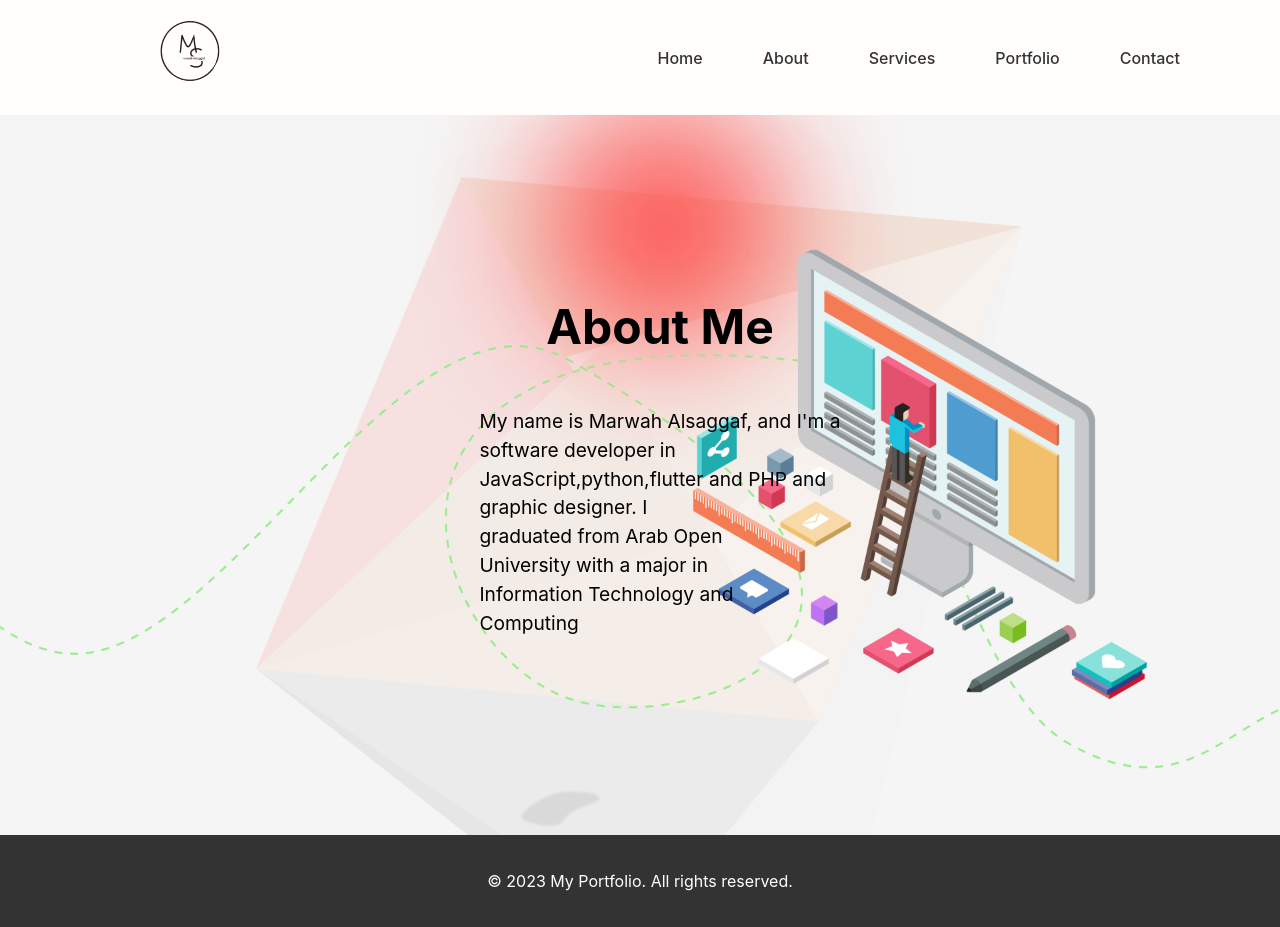
Repository: MEROO1010/Portfolio_00
Page: /about (app in portfolio_00/)
An editor plug-in stored every save of this project. The page is shown before and after the next save, followed by the edit.
The browser window is 1280 px wide. The pictures show the whole page.
The project was rebuilt for these pictures with package versions that can differ from the ones it lists, and the page was loaded fresh each time. Also part of the build but not shown: portfolio_00/src/components/Home.jsx, portfolio_00/src/components/Services.jsx, portfolio_00/src/components/Portfolio.jsx, portfolio_00/src/components/Contact.jsx.

Above is the page before, as saved 2024-11-18 13:03:00.

### portfolio_00/src/App.jsx
import React from 'react';
import { BrowserRouter, Route, Routes } from 'react-router-dom';
import Header from './components/Header';
import Home from './components/Home';
import About from './components/About';
import Services from './components/Services';
import Portfolio from './components/Portfolio';
import Contact from './components/Contact';
import Footer from './components/Footer';
// import GlobalStyle from './styles/global';

const App = () => {
  return (
    <BrowserRouter>
    <Header />
    <Routes>
      <Route path="/"  element={<Home />} />
      <Route path="/about"  element={<About />} />
      <Route path="/services" element={<Services  />} />

      <Route path="/portfolio" element={<Portfolio />} />
      <Route path="/contact" element={<Contact />} />
    </Routes>

    <Footer />
  </BrowserRouter>
  );
};

export default App;

### portfolio_00/src/features/counter/counterSlice.js
import { createAsyncThunk, createSlice } from '@reduxjs/toolkit';
import { fetchCount } from './counterAPI';

const initialState = {
  value: 0,
  status: 'idle',
};

// The function below is called a thunk and allows us to perform async logic. It
// can be dispatched like a regular action: `dispatch(incrementAsync(10))`. This
// will call the thunk with the `dispatch` function as the first argument. Async
// code can then be executed and other actions can be dispatched. Thunks are
// typically used to make async requests.
export const incrementAsync = createAsyncThunk(
  'counter/fetchCount',
  async (amount) => {
    const response = await fetchCount(amount);
    // The value we return becomes the `fulfilled` action payload
    return response.data;
  }
);

export const counterSlice = createSlice({
  name: 'counter',
  initialState,
  // The `reducers` field lets us define reducers and generate associated actions
  reducers: {
    increment: (state) => {
      // Redux Toolkit allows us to write "mutating" logic in reducers. It
      // doesn't actually mutate the state because it uses the Immer library,
      // which detects changes to a "draft state" and produces a brand new
      // immutable state based off those changes
      state.value += 1;
    },
    decrement: (state) => {
      state.value -= 1;
    },
    // Use the PayloadAction type to declare the contents of `action.payload`
    incrementByAmount: (state, action) => {
      state.value += action.payload;
    },
  },
  // The `extraReducers` field lets the slice handle actions defined elsewhere,
  // including actions generated by createAsyncThunk or in other slices.
  extraReducers: (builder) => {
    builder
      .addCase(incrementAsync.pending, (state) => {
        state.status = 'loading';
      })
      .addCase(incrementAsync.fulfilled, (state, action) => {
        state.status = 'idle';
        state.value += action.payload;
      });
  },
});

export const { increment, decrement, incrementByAmount } = counterSlice.actions;

// The function below is called a selector and allows us to select a value from
// the state. Selectors can also be defined inline where they're used instead of
// in the slice file. For example: `useSelector((state: RootState) => state.counter.value)`
export const selectCount = (state) => state.counter.value;

// We can also write thunks by hand, which may contain both sync and async logic.
// Here's an example of conditionally dispatching actions based on current state.
export const incrementIfOdd = (amount) => (dispatch, getState) => {
  const currentValue = selectCount(getState());
  if (currentValue % 2 === 1) {
    dispatch(incrementByAmount(amount));
  }
};

export default counterSlice.reducer;

### portfolio_00/src/components/Header.jsx
import React from 'react';
import styled from 'styled-components';
import { Link } from 'react-router-dom';
import ImageLogo from '../assets/white_logo.png';

const HeaderContainer = styled.header`
  background-color: #FFFEFD;
  padding: 10px 100px;
  display: flex;
  justify-content: space-between;
  align-items: center;
`;

const Logo = styled.h1`
  margin:4px;
  padding-left:40px;
`;

const NavLinks = styled .nav`
  display: flex;
  gap: 60px;
`;

const NavLink = styled(Link)`
  text-decoration: none;
  color: #333;
  font-weight: 500;

  &:hover {
    color: #3BB873;
  }
`;

const Header = () => {
  return (
    <HeaderContainer>
      <Logo><img src={ImageLogo} alt="Description of image" /></Logo>
      <NavLinks>
        <NavLink to="/">Home</NavLink>
        <NavLink to="/about">About</NavLink>
        <NavLink to="/services">Services</NavLink>
        <NavLink to="/portfolio">Portfolio</NavLink>
        <NavLink to="/contact">Contact</NavLink>
      </NavLinks>
    </HeaderContainer>
  );
};

export default Header;

### portfolio_00/src/components/About.jsx
import React from 'react';
import styled from 'styled-components';
import bg2 from "../assets/background2.png"

const Container = styled.div`
  display: flex;
  flex-direction: column;
  align-items: center;
  justify-content: center;
  height: 100vh;
  background-color: #f5f5f5;
  background-image: url(${bg2});
  background-position: center;
  background-size:cover;
`;

const Title = styled.h1`
  font-size: 3rem;
  font-weight: bold;
  margin-bottom: 2rem;
  padding-left:40px;
`;

const Description = styled.p`
  font-size: 1.2rem;
  line-height: 1.5;
  margin-bottom: 3rem;
  padding-left:40px;
`;

const ImageContainer = styled.div`
  img{
    display: flex;
  justify-content: center;
  align-items: center;
  width: 50%;
  margin: 0 auto;

  z-index: 1;
  }
`;







const About = () => {
  return (
    <Container>
      <Title>About Me</Title>
      <Description>
           My name is Marwah Alsaggaf, and I'm a <br/>software developer in<br/> JavaScript,python,flutter and PHP
           and<br/> graphic designer. I  <br/>
            graduated from Arab Open<br/>  University with a major in<br/>
             Information Technology and<br/> Computing
               </Description>
      <ImageContainer>


      </ImageContainer>
    </Container>
  );
};

export default About;

### portfolio_00/src/components/Footer.jsx
import React from 'react';
import styled from 'styled-components';

const FooterContainer = styled.footer`
  padding: 20px;
  background-color: #333;
  color: white;
  text-align: center;
`;

const Footer = () => {
  return (
    <FooterContainer>
      <p>&copy; 2023 My Portfolio. All rights reserved.</p>
    </FooterContainer>
  );
};

export default Footer;

Loaded but not shown: portfolio_00/public/index.html (common file); portfolio_00/src/index.js (common file); portfolio_00/src/app/store.js (common file); portfolio_00/src/reportWebVitals.js (common file); portfolio_00/src/index.css (common file); portfolio_00/src/features/counter/counterAPI.js (common file)

After the next save:
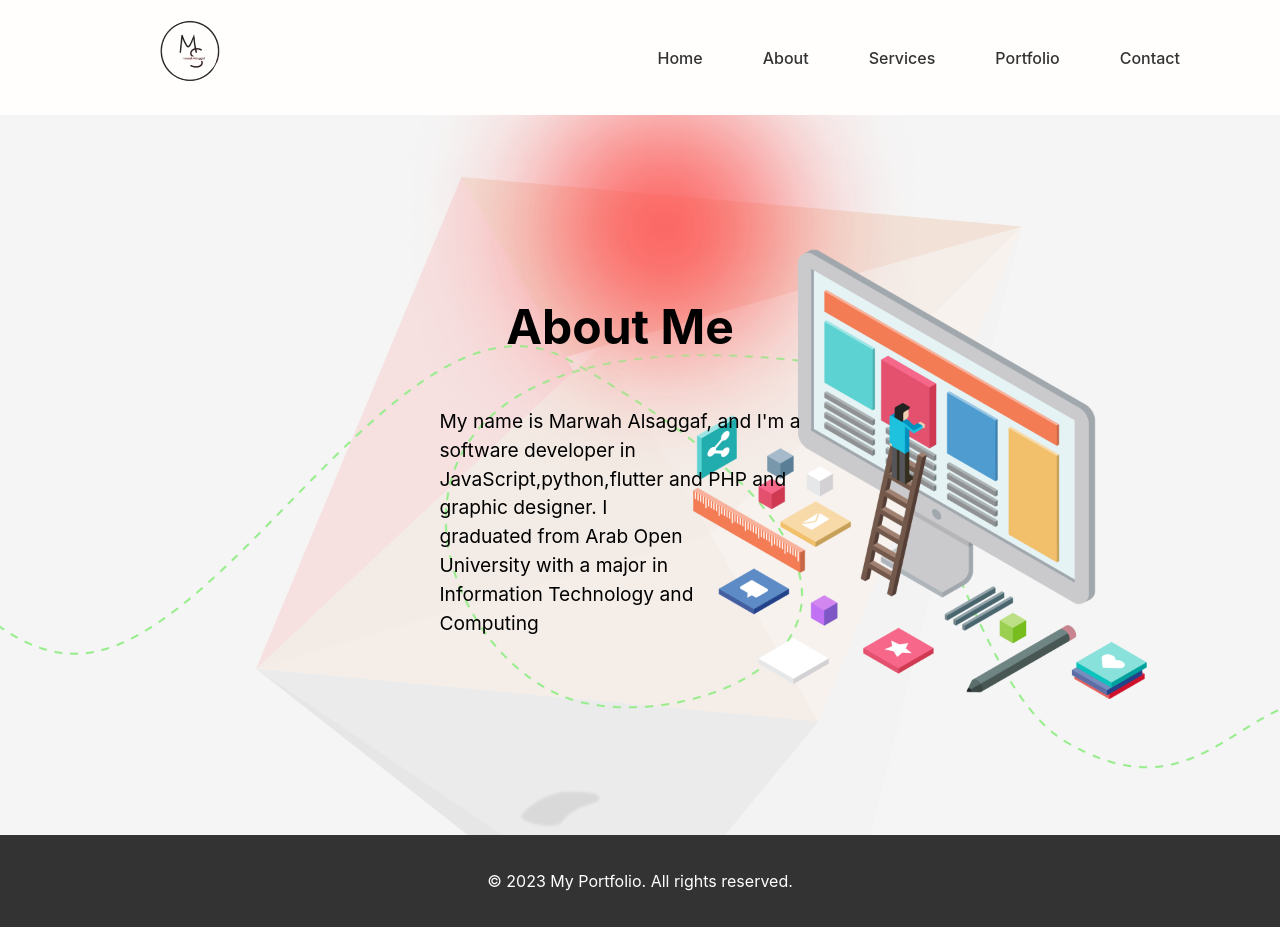
Saved 13 s later.
--- a/portfolio_00/src/components/About.jsx
+++ b/portfolio_00/src/components/About.jsx
@@ -18,14 +18,14 @@ const Title = styled.h1`
   font-size: 3rem;
   font-weight: bold;
   margin-bottom: 2rem;
-  padding-left:40px;
+  padding-right:40px;
 `;
 
 const Description = styled.p`
   font-size: 1.2rem;
   line-height: 1.5;
   margin-bottom: 3rem;
-  padding-left:40px;
+  padding-right:40px;
 `;
 
 const ImageContainer = styled.div`
